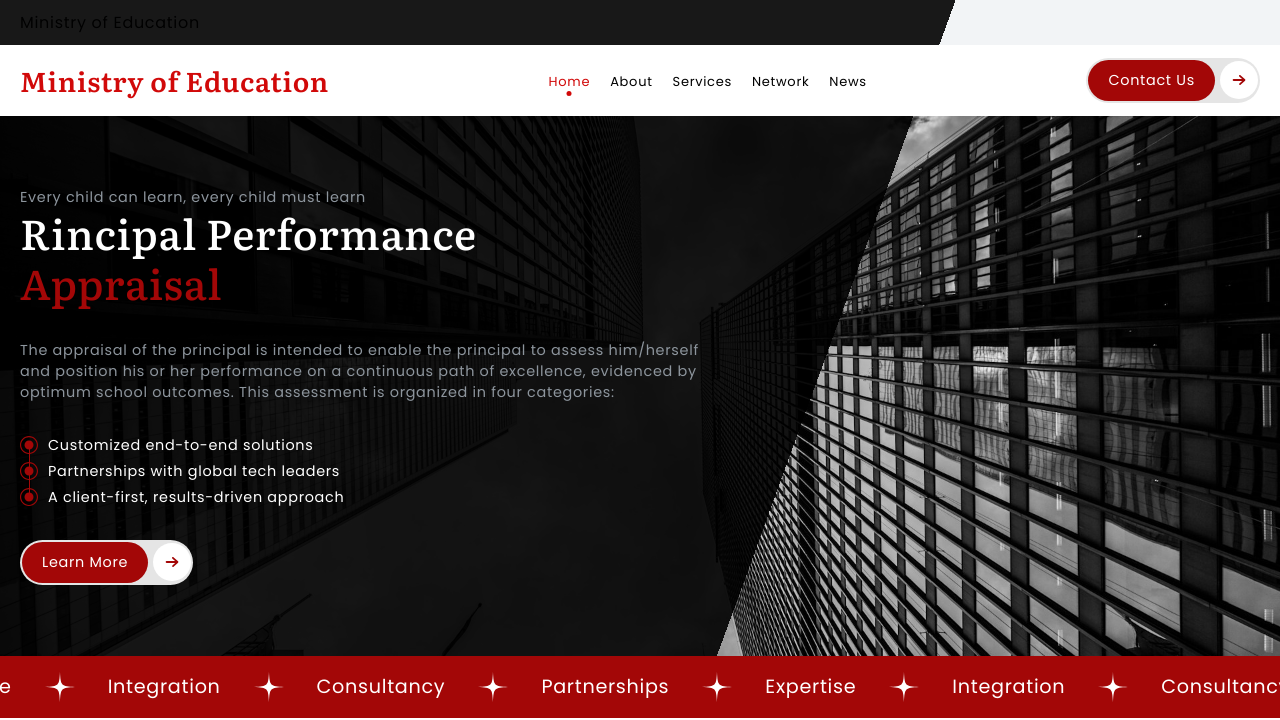
Repository: Dana204/principal-appraisal
Page: /
An editor plug-in stored every save of this project. The page is shown before and after the next save, followed by the edit.
The browser window is 1280 px wide. The pictures show the whole page.
The project was rebuilt for these pictures with package versions that can differ from the ones it lists, and the page was loaded fresh each time. Also part of the build but not shown: vite.config.js, src/components/SectionTitle/SectionTitle.css, src/components/SectionTitle/SectionTitle.jsx, src/components/ServiceCard/ServiceCard.css, src/components/ServiceCard/ServiceCard.jsx, src/components/sections/ServicesSection/ServicesSection.css, src/components/sections/ServicesSection/ServicesSection.jsx, src/components/sections/NewsSection/NewsSection.css and 7 more. Imported but missing from the stored project, and not drawn on this page: src/components/sections/AboutSection/AboutSection.

Above is the page before, as saved 2025-07-13 17:45:27.

### index.html
<!doctype html>
<html lang="en">
  <head>
    <meta charset="UTF-8" />
    <link rel="icon" type="image/svg+xml" href="/vite.svg" />
    <meta name="viewport" content="width=device-width, initial-scale=1.0" />

    <link rel="preconnect" href="https://fonts.googleapis.com">
    <link rel="preconnect" href="https://fonts.gstatic.com" crossorigin>
    <link href="https://fonts.googleapis.com/css2?family=Literata:wght@200;300;400;500;600&family=Poppins:wght@200;300;400;500;600&display=swap" rel="stylesheet">


    <title>Vite + React</title>

  </head>
  <body>
    <div id="root"></div>
    <script type="module" src="/src/main.jsx"></script>
  </body>
</html>

### src/index.css
/** @format */

:root {
	--black: #000;
	--white: #fff;
	--cultured: #f8f9faff;
	/* --primary-color: #1A64A1ff; */
	--primary-color: #A30707;
	--secondary-color: #D10909;
	/* --primary-gradient: linear-gradient(90deg, #D10909, #FF3B3B, #FF6B6B, #333333); */
	/* --primary-gradient: linear-gradient(90deg, #D10909, #FF3B3B, #FF6B6B, #333333); */
	--primary-gradient: linear-gradient(90deg, #8B0606, #D10909, #FF3B3B);
	/* --primary-color: #0466c8; */
	/* --secondary-color: #E3F0FF; */
	--accent-color: #F5737F;
		/* --accent-color: #010E37ff; */
	--red: #e51e22;
	--oxford-blue: #010E37ff;
--oxford-blue-2: #010E37ff;
	/* --red100: rgb(229, 31, 35, ); */

	/* --gray100: #e9ecef; */
	--gray100: #f2f4f6;
	--gray200: #e5e5e5;
	--gray300: #8d959d;
	--gray400: #6c757d;
	--gray500: #131515;
	--gray600: #16181d;
	/* --gray600: #16181d; */
	--gray700: #070606;
	--gray900: #1f1f1f;

	--literata: 'Literata', serif;
	--box-shadow: 0 15px 30px rgba(0, 0, 0, 0.08);
	--box-shadow2: -20px 20px 20px rgba(0, 0, 0, 0.02);
	--box-shadow3: rgba(0, 0, 0, 0.08) 0px 7px 29px 0px;

	--px8: calc(8 / 16 * 1rem);
	--icon-size-sm: calc(14 / 16 * 1rem);
	--icon-size-md: calc(18 / 16 * 1rem);
	--icon-size-lg: calc(24 / 16 * 1rem);
	--icon-size-xl: calc(32 / 16 * 1rem);
	/* --icon-size-sm: calc(20 / 16 * 1rem); */

	--spacing-sm: calc(5 / 16 * 1rem); /* 5px */
	--spacing-md: calc(10 / 16 * 1rem); /* 10px */
	--spacing-lg: calc(15 / 16 * 1rem); /* 15px */
	--spacing-xl: calc(20 / 16 * 1rem); /* 20px */
	--spacing-xxl: calc(32 / 16 * 1rem); /* 32px */

	--font-size-xs: calc(10 / 16 * 1rem); /* 10px */
	--font-size-sm: calc(13 / 16 * 1rem); /* 14px */
}

*,
*::before,
*::after {
	margin: 0;
	padding: 0;
	font-family: 'poppins', sans-serif;
	box-sizing: border-box;
	scroll-behavior: smooth;
	letter-spacing: 0.7px;
	color: var(--eerie-black);
}

h1,
h2,
h3,
h4,
h5,
h6 {
	font-family: var(--literata);
	line-height: 1.2;
	text-transform: capitalize;
	font-weight: 500;
}

/* Responsive header tags using CSS clamp() */
h1 {
	font-size: clamp(
		1.5rem,
		5vw + 1rem,
		2.5rem
	); /* Scales between 1.5rem and 2.5rem */
}

h2 {
	font-size: clamp(
		1.25rem,
		4vw + 1rem,
		2rem
	); /* Scales between 1.25rem and 2rem */
}

h3 {
	font-size: clamp(
		1.1rem,
		3vw + 1rem,
		1.75rem
	); /* Scales between 1.1rem and 1.75rem */
}

h4 {
	font-size: clamp(
		1rem,
		2.5vw + 0.8rem,
		1.5rem
	); /* Scales between 1rem and 1.5rem */
}

h5 {
	font-size: clamp(
		0.9rem,
		2vw + 0.8rem,
		1.25rem
	); /* Scales between 0.9rem and 1.25rem */
}

h6 {
	font-size:
		1rem;

}

a {
	text-decoration: none;
}

ul {
	list-style-type: none;
}

button {
	/* outline: none; */
	cursor: pointer;
}

input {
	outline: none;
}

address {
	font-style: normal;
}

.container {
	max-width: 1300px;
	/* max-width: 1280px; */
	margin: 0 auto;
	padding: 0 var(--spacing-xl);
}

.grid-container {
  display: grid;
  grid-template-columns: repeat(auto-fit, minmax(250px, 1fr));
  gap: var(--spacing-xl);
}

.text-muted {
	color: var(--gray400);
	font-weight: 400;
	font-size: 0.875rem;
	opacity: 0.6;
}

### src/App.jsx
/** @format */

import HomeSection from './components/sections/HomeSection/HomeSection';
import { AboutSection } from './components/sections/AboutSection/AboutSection';
import ServicesSection from './components/sections/ServicesSection/ServicesSection';
import NewsSection from './components/sections/NewsSection/NewsSection';
import NetworkSection from './components/sections/NetworkSection/NetworkSection';
import ContactSection from './components/ContactSection/ContactSection';
import Footer from './components/Footer/Footer';

function App() {
	return (
		<>
			<HomeSection />

			{/* <AboutSection />

			<ServicesSection />
			<NetworkSection />
			<NewsSection />
			<ContactSection />
			<Footer /> */}
		</>
	);
}

export default App;

### src/components/sections/HomeSection/HomeSection.jsx
/** @format */

import React from 'react';
import HeaderTop from '../../HeaderTop/HeaderTop';
import Navbar from '../../Navbar/Navbar';
import HeroSection from '../../HeroSection/HeroSection';
import './HomeSection.css';

const HomeSection = () => {
	return (
		<div className='home-section' id='home'>
			<div className='home-section__gradient'></div>
			<HeaderTop />
			<Navbar />
			<HeroSection />
		</div>
	);
};

export default HomeSection;

### src/components/HeaderTop/HeaderTop.jsx
/** @format */

import React from 'react';
import EmailIcon from '../../assets/icons/email.svg?react';
import PhoneIcon from '../../assets/icons/phone.svg?react';
import LocationIcon from '../../assets/icons/location.svg?react';
import InstagramIcon from '../../assets/icons/instagram.svg?react';
import LinkedInIcon from '../../assets/icons/linkedin.svg?react';
import TwitterIcon from '../../assets/icons/twitter.svg?react';
import './HeaderTop.css';

const HeaderTop = () => {
	return (
		<div className='header-top'>
			<div className='container'>

				<a href='#'>Ministry of Education</a>
			</div>
		</div>
	);
};

export default HeaderTop;

### src/components/Navbar/Navbar.jsx
/** @format */

import React, { useState, useEffect }  from 'react';
import Logo from '../../assets/images/logo.png';
import MenuIcon from '../../assets/icons/menu.svg?react';
import { Link, scrollSpy } from 'react-scroll';
import ButtonFilled from '../ButtonFilled/ButtonFilled';
import './Navbar.css';

const Navbar = () => {
	const navList = [
		'home',
		'about',
		'services',
		'network',
		'news',
		// 'contact',
	];

	const [scrolled, setScrolled] = useState(false);
	const [toggleMenu, setToggleMenu] = useState(false);

	const menuHandler = () => {
		setToggleMenu(!toggleMenu)
	};

	const scrollHandler = () => {
		if (window.scrollY > 50) {
			setScrolled(true);
		} else {
			setScrolled(false);
		}
	};

	useEffect(() => {
		scrollSpy.update(); // forces spy check on load
	}, []);

	useEffect(() => {
		window.addEventListener('scroll', scrollHandler);
		return () => window.removeEventListener('scroll', scrollHandler);
	}, []);

	return (
		<nav
			aria-label='Main Navigation'
			className={scrolled ? 'scrolled' : ''}>
			<div className='navbar container'>
				<a
					href='#'
					aria-label='Homepage'
				>
					Ministry of Education
					{/* <img alt="site logo" src={Logo} /> */}
				</a>

				<ul
					className={`navbar__list ${toggleMenu ? 'toggled' : ''}`}
					role='list'>
					{navList.map((link, idx) => (
						<li key={idx}>
							<Link
								to={link}
								spy={true}
								smooth={true}
								duration={500}
								offset={-70}
								activeClass='active'
								isDynamic={true}
								tabIndex='0'
								aria-label={`Go to ${link} section`}>
								{link}
							</Link>
						</li>
					))}
				</ul>

				<ButtonFilled
					label='Contact Us'
					className='navbar__btn'
				/>

				<button
					onClick={menuHandler}
					className='navbar__menu'>
					<MenuIcon />
				</button>
			</div>
		</nav>
	);
};

export default Navbar;

### src/components/HeroSection/HeroSection.jsx
/** @format */

import React from 'react';
import './HeroSection.css';
import ButtonFilled from '../ButtonFilled/ButtonFilled';
import StyledList from '../StyledList/StyledList';
import SlidingText from '../SlidingText/SlidingText';

const HeroSection = () => {
	var data = [
		'Customized end-to-end solutions',
		'Partnerships with global tech leaders',
		'A client-first, results-driven approach',
	];
	return (
		<>
			<div className='hero-section'>
				<div className='container'>
					<p>
						Every child can learn, every child must learn
					</p>
					<h1>
					rincipal Performance<br></br> <mark>Appraisal</mark>
					</h1>
					<p className='text-mute'>
					The appraisal of the principal is intended to enable the principal to assess him/herself and position his or
her performance on a continuous path of excellence, evidenced by optimum school outcomes. This
assessment is organized in four categories:
					</p>
					<StyledList items={data} />
					<ButtonFilled label='Learn More' />
				</div>
			</div>
			<SlidingText />
		</>
	);
};

export default HeroSection;

### src/components/sections/HomeSection/HomeSection.css
.home-section {
	position: relative;
}


.home-section__gradient {
	background:  linear-gradient(110deg, rgba(0, 0, 0, 0.9) 62%, transparent 60%);
	position: absolute;
	top: 0;
	bottom: 0;
	width: 100%;

}


@media (max-width: 48rem) {
	.home-section__gradient {
        display: none;
    }
}

### src/components/HeaderTop/HeaderTop.css

.header-top {
	padding-top: var(--spacing-md);
	padding-bottom: var(--spacing-md);
	background: var(--gray100);

}

### src/components/ButtonFilled/ButtonFilled.jsx
/** @format */

import React from 'react';
import './ButtonFilled.css';
import RightArrowIcon from '../../assets/icons/right-arrow.svg?react';

const ButtonFilled = ({
	label,
	displayIcon = true,
	icon = RightArrowIcon,
	variant = '',
	className = '',
}) => {
	return (
		<button className={`button-filled ${className} ${variant}`}>
			<span>{label}</span>
			{displayIcon && icon && (
				<div>
					{React.createElement(icon, {
						className: 'button-filled__svg',
					})}
				</div>
			)}
		</button>
	);
};

export default ButtonFilled;

### src/components/Navbar/Navbar.css
/** @format */

nav {
	padding: 0.8rem 0;
	position: relative;
	top: 0;
	z-index: 1000;
	background: var(--white);
	width: 100%;
}

nav.scrolled {
	position: fixed;
	box-shadow: 0 4px 10px rgba(0, 0, 0, 0.1);
	padding-top: 0.4rem;
	padding-bottom: 0.4rem;
	transition: all ease-in 0.5s;
}

nav.scrolled .navbar > a {
	font-size: 1.5rem;
	transition: all ease-in 0.5s;
}

.navbar {
	display: flex;
	align-items: center;
	justify-content: space-between;
}

.navbar__menu {
	display: none;
	background: transparent;
	border: 0;
}

.navbar__menu svg {
	height: var(--icon-size-xl);
	width: var(--icon-size-xl);
}

.navbar > a {
	font-family: var(--literata);
	font-size: clamp(1.5rem, 1.5vw + 0.5rem, 2rem);
	font-weight: bold;
	color: var(--secondary-color);
}

nav a img {
    height: clamp(20px, 5vw, 35px);
    transition: height 0.2s ease-out;
}

.navbar ul {
	display: flex;
	gap: var(--spacing-xl);
}

.navbar ul li a {
	font-size: var(--font-size-sm);
	text-transform: capitalize;
	cursor: pointer;
	position: relative;
}

.navbar ul li a:hover,
.navbar ul li a.active {
	color: var(--secondary-color);
}

.navbar ul li a::after {
	content: '';
	position: absolute;
	bottom: calc(-1 * var(--spacing-lg));
	left: 50%;
	transform: translateX(-50%);
	height: 5px;
	width: 5px;
	background: var(--secondary-color);
	border-radius: 25px;
	visibility: hidden;
}

.navbar ul li a:hover::after,
.navbar ul li a.active::after {
	transition: all ease-in 0.2s;
	visibility: visible;
	bottom: calc(-1 * var(--spacing-sm));
}

@media (max-width: 860px) {
	.navbar__menu {
		display: block;
	}

	.navbar__list {
		flex-direction: column;
		justify-content: space-evenly;
		align-items: center;
		background-color: var(--white);
		position: fixed;
		top: 0;
		left: -100%;
		height: 100vh;
		padding: var(--spacing-lg);
		width: 50%;
		transition: left ease-in 0.5s;
	}

	.navbar__list.toggled {
		left: 0;
	}

	.navbar__btn {
		display: none;
	}
}

### src/components/HeroSection/HeroSection.css
/** @format */

.hero-section {
	background: url('../../../src/assets/images/hero-image.jpg');
	background-position: center;
	background-attachment: fixed;
	background-size: cover;
	background-repeat: no-repeat;
	display: flex;
	flex-wrap: wrap;
	align-items: center;
	min-height: 75vh;
}

.hero-section > div {
	flex: 1 1 auto;
}

.hero-section > div > * {
	position: relative;
	max-width: 55%;
	z-index: 22;
}

.hero-section > div p {
	font-size: 0.9rem;
	color: var(--gray300);
}

.hero-section h1 {
	color: var(--white);
	font-size: clamp(2rem, 2vw + 1rem, 46px);
}

.hero-section > div h1 mark {
	color: var(--primary-color);
	background: transparent;
	font-family: var(--literata);
}

.hero-section p:last-of-type {
	margin: var(--spacing-xxl) 0;
}

.hero-section > div button {
	margin-top: var(--spacing-xxl);
}

@media (max-width: 48rem) {
	.hero-section {
		border-top-right-radius: 80px;
		background: var(--gray600);
		background-image: linear-gradient(rgba(0, 0, 0, 0.85)),
			url('../../../src/assets/images/hero-image7.jpg');
		background-position: center;
		background-attachment: fixed;
		background-size: cover;
		background-repeat: no-repeat;
		padding: 2rem 0;
		min-height: 60vh;
	}

	.hero-section > div > * {
		max-width: fit-content;
		margin: 0 auto;
		text-align: center;
	}

	.hero-section button {
		margin: 2rem auto 0;
	}
}

### src/components/StyledList/StyledList.jsx
import React from 'react'
import './StyledList.css'
import BulletIcon from '../../assets/icons/bullet2.svg?react'

const StyledList = ({items,variant='light', className=''}) => {
  return (
		<ul
			className={`styled-list ${className} ${variant}`}
			role='list'>
			{items.map((item, idx) => (
				<li key={idx}>
					<BulletIcon />
					<span>{item}</span>
				</li>
			))}
		</ul>
  );
}

export default StyledList

### src/components/SlidingText/SlidingText.jsx
/** @format */

import React, { useEffect, useRef, useState } from 'react';
import Icon from '../../assets/icons/star.svg?react';
import './SlidingText.css';

const SlidingText = () => {
	const containerRef = useRef(null);
	const [inView, setInView] = useState(false);

	useEffect(() => {
		const observer = new IntersectionObserver(
			([entry]) => {
				setInView(entry.isIntersecting);
			},
			{
				threshold: 0.1,
			},
		);
		if (containerRef.current) observer.observe(containerRef.current);
		return () => observer.disconnect();
	}, []);

	const words = ['Expertise', 'Integration', 'Consultancy', 'Partnerships'];
	const renderWordsWithIconsHandler = () => {
		return words.map((word, idx) => (
			<span
				className='word-block'
				key={idx}>
				{word}
				<Icon className='word-icon' />
			</span>
		));
	};

	const repeatedContent = Array(20)
		.fill(renderWordsWithIconsHandler())
		.flat();

	return (
		<div
			className='sliding-text'
			ref={containerRef}>
			{inView && (
				<div className='sliding-text__content'>
					<p>{repeatedContent}</p>
				</div>
			)}
		</div>
	);
};

export default SlidingText;

### src/components/ButtonFilled/ButtonFilled.css
.button-filled {
    /* background-color: var(--secondary-color); */
    background-color: var(--gray200);
    border: 0;
    border-radius: 25px;
    padding: 2px ;
    color: var(--white);
    display: flex;
    align-items: center;
    gap: 5px;
    font-size: 0.9rem;
    min-width: 9rem;
    min-height: 35px;
}

.button-filled span {
    background: var(--primary-color);
     padding: var(--spacing-md) var(--spacing-xl);
     border-radius: 25px;
}

.button-filled div {
    display: grid;
    place-items: center;
    height:38px;
    width: 38px;
    border-radius: 50%;
    /* background: var(--gray600); */
    background: var(--white);
}

.button-filled div svg {
     height: var(--icon-size-md);
    width: var(--icon-size-md);
     /* color: var(--white); */
     color: var(--primary-color);
}

### src/components/StyledList/StyledList.css

.styled-list li {
  position: relative;
  flex-wrap: wrap;
  display: flex;
  flex-wrap: nowrap;
  align-items: center;
  gap: var(--spacing-md);

}

.styled-list li:not(:last-child) {
    margin-bottom: var(--spacing-sm);
}

.styled-list li span {
  font-weight: 400;
  font-size: 0.9rem;
}
.styled-list.light li span {
  color: var(--white);
}
.styled-list.dark li span {
  color: var(--black);
}

.styled-list li::before {
  content: '';
  position: absolute;
  left: calc(var(--icon-size-md) / 2);
  width: 1px;
  height: 100%;
  background: var(--primary-color);
}

.styled-list li:first-child::before {
  top: 50%;
}

.styled-list li:last-child::before {
  bottom: 50%;
}

.styled-list li svg {
 flex-shrink: 0;
  height: var(--icon-size-md);
  width: var(--icon-size-md);
  color: var(--primary-color);
}

### src/components/SlidingText/SlidingText.css
.sliding-text {
	overflow: hidden;
	width: 100%;
	background: var(--primary-color);
	color: var(--white);
	white-space: nowrap;
	position: relative;
}

.sliding-text__content {
	display: flex;
	width: max-content;
	animation: scroll-left 50s linear infinite;
	padding: var(--spacing-lg) 0;
}

.sliding-text__content p {
	display: flex;
	align-items: center;
	gap: var(--spacing-xxl);
	margin: 0;
	white-space: nowrap;
}

.word-block {
	display: inline-flex;
	align-items: center;
	gap: var(--spacing-xxl);
	font-size: 1.2rem;
}

.word-icon {
	width: 2rem;
	height: 2rem;
	fill: var(--white);
}

@keyframes scroll-left {
	0% {
		transform: translateX(0);
	}
	100% {
		transform: translateX(-50%);
	}
}

Loaded but not shown: src/main.jsx (common file); src/components/ContactSection/ContactSection.css (no stored copy; drawn as an empty file); src/components/Footer/Footer.css (no stored copy; drawn as an empty file)

After the next save:
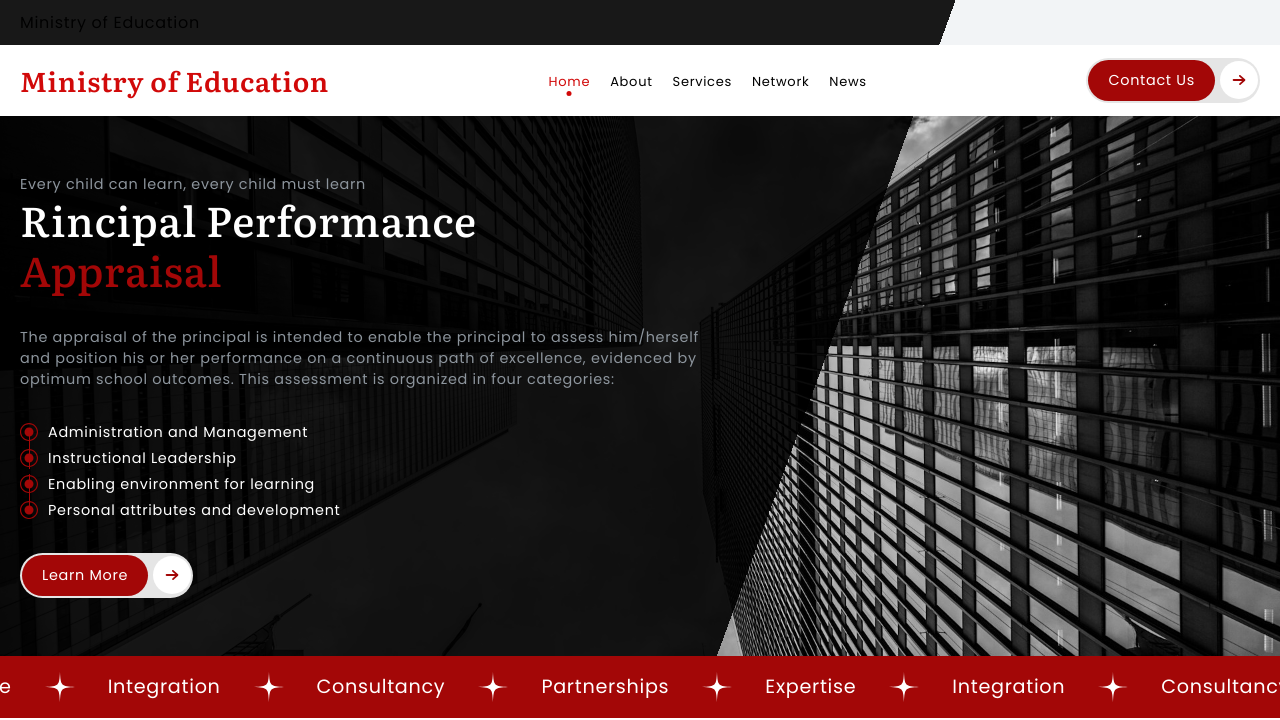
Saved 54 s later.
--- a/src/components/HeroSection/HeroSection.jsx
+++ b/src/components/HeroSection/HeroSection.jsx
@@ -8,9 +8,10 @@
 
 const HeroSection = () => {
 	var data = [
-		'Customized end-to-end solutions',
-		'Partnerships with global tech leaders',
-		'A client-first, results-driven approach',
+		'Administration and Management',
+		'Instructional Leadership',
+		'Enabling environment for learning',
+		'Personal attributes and development',
 	];
 	return (
 		<>
